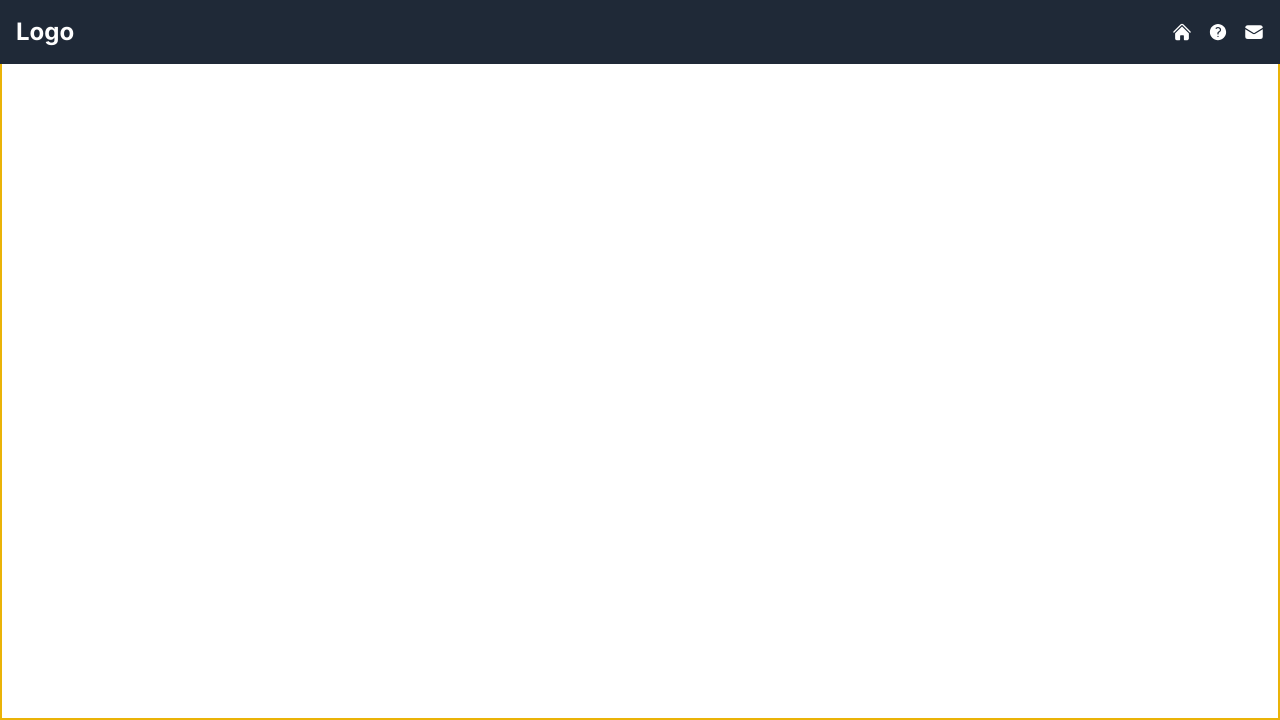
Repository: michalmilek/AI-companion-bot
Page: /
An editor plug-in stored every save of this project. The page is shown before and after the next save, followed by the edit.
The browser window is 1280 px wide. The pictures show the whole page.
The page's requests for data from a server got no answer. The project was rebuilt for these pictures with package versions that can differ from the ones it lists, and the page was loaded fresh each time. Some packages were replaced by stand-ins written for this rebuild. The framework's server and built-in components were replaced by stand-ins that run in the browser. No one was signed in, and anything a server would have sent is missing. Also part of the build but not shown: next.config.js.

Above is the page before, as saved 2023-10-10 13:49:08.

### app/layout.tsx
import { ClerkProvider } from "@clerk/nextjs";
import "./globals.css";
import type { Metadata } from "next";
import { Inter } from "next/font/google";

const inter = Inter({ subsets: ["latin"] });

export const metadata: Metadata = {
  title: "Create Next App",
  description: "Generated by create next app",
};

export default function RootLayout({
  children,
}: {
  children: React.ReactNode;
}) {
  return (
    <ClerkProvider>
      <html lang="en">
        <body className={inter.className}>{children}</body>
      </html>
    </ClerkProvider>
  );
}

### app/(root)/layout.tsx
import Navbar from "@/components/Navbar";
import React from "react";

const RootLayout = ({ children }: { children: React.ReactNode }) => {
  return (
    <div className="h-screen">
      <Navbar />
      <main className="md:pl-20 pt-16 h-full border-yellow-500 border-2">
        {children}
      </main>
    </div>
  );
};

export default RootLayout;

### app/(root)/(routes)/page.tsx
import { UserButton } from "@clerk/nextjs";
import React from "react";

const RootPage = () => {
  return (
    <div>
      <UserButton afterSignOutUrl="/" />
    </div>
  );
};

export default RootPage;

### app/globals.css
@tailwind base;
@tailwind components;
@tailwind utilities;

@layer base {
  :root {
    --background: 0 0% 100%;
    --foreground: 0 0% 3.9%;

    --card: 0 0% 100%;
    --card-foreground: 0 0% 3.9%;

    --popover: 0 0% 100%;
    --popover-foreground: 0 0% 3.9%;

    --primary: 0 0% 9%;
    --primary-foreground: 0 0% 98%;

    --secondary: 0 0% 96.1%;
    --secondary-foreground: 0 0% 9%;

    --muted: 0 0% 96.1%;
    --muted-foreground: 0 0% 45.1%;

    --accent: 0 0% 96.1%;
    --accent-foreground: 0 0% 9%;

    --destructive: 0 84.2% 60.2%;
    --destructive-foreground: 0 0% 98%;

    --border: 0 0% 89.8%;
    --input: 0 0% 89.8%;
    --ring: 0 0% 3.9%;

    --radius: 0.5rem;
  }

  .dark {
    --background: 0 0% 3.9%;
    --foreground: 0 0% 98%;

    --card: 0 0% 3.9%;
    --card-foreground: 0 0% 98%;

    --popover: 0 0% 3.9%;
    --popover-foreground: 0 0% 98%;

    --primary: 0 0% 98%;
    --primary-foreground: 0 0% 9%;

    --secondary: 0 0% 14.9%;
    --secondary-foreground: 0 0% 98%;

    --muted: 0 0% 14.9%;
    --muted-foreground: 0 0% 63.9%;

    --accent: 0 0% 14.9%;
    --accent-foreground: 0 0% 98%;

    --destructive: 0 62.8% 30.6%;
    --destructive-foreground: 0 0% 98%;

    --border: 0 0% 14.9%;
    --input: 0 0% 14.9%;
    --ring: 0 0% 83.1%;
  }
}

@layer base {
  * {
    @apply border-border;
  }
  body {
    @apply bg-background text-foreground;
  }
}

*{
  box-sizing: border-box;
  padding: 0;
  margin: 0;
}

### components/Navbar.tsx
"use client";

import React, { useEffect, useState } from "react";
import {
  HomeIcon,
  QuestionMarkCircleIcon,
  EnvelopeIcon,
  Bars3Icon,
  XMarkIcon,
} from "@heroicons/react/24/solid";
import { motion, AnimatePresence } from "framer-motion";
import { useMediaQuery } from "react-responsive";

const Navbar = () => {
  const [isMenuOpen, setIsMenuOpen] = useState(false);
  const isDesktopOrLaptop = useMediaQuery({
    query: "(min-width: 1024px)",
  });

  const toggleMenu = () => {
    setIsMenuOpen(!isMenuOpen);
  };

  useEffect(() => {
    if (isDesktopOrLaptop) {
      setIsMenuOpen(false);
    }
  }, [isDesktopOrLaptop]);

  return (
    <nav className="bg-gray-800 text-white h-16 flex justify-between items-center px-4 fixed top-0 left-0 right-0 z-50">
      <a
        href="#"
        className="text-2xl font-bold">
        Logo
      </a>
      <div className="flex items-center">
        <button
          className="lg:hidden text-white focus:outline-none"
          onClick={toggleMenu}>
          {isMenuOpen ? (
            <XMarkIcon className="h-6 w-6" />
          ) : (
            <Bars3Icon className="h-6 w-6" />
          )}
        </button>
        <AnimatePresence>
          {isMenuOpen && (
            <motion.ul
              initial={{ opacity: 0, y: -20 }}
              animate={{ opacity: 1, y: 0 }}
              exit={{ opacity: 0, y: -20 }}
              className="lg:flex space-y-4 absolute top-16 left-0 right-0 bg-gray-800 z-50 py-2 px-4">
              <li>
                <a
                  href="#"
                  className="hover:text-gray-300 flex items-center gap-3">
                  <HomeIcon className="h-5 w-5" />
                  <span className="ml-2">Home</span>
                </a>
              </li>
              <li>
                <a
                  href="#"
                  className="hover:text-gray-300 flex items-center gap-3">
                  <QuestionMarkCircleIcon className="h-5 w-5" />
                  <span className="ml-2">About</span>
                </a>
              </li>
              <li>
                <a
                  href="#"
                  className="hover:text-gray-300 flex items-center gap-3">
                  <EnvelopeIcon className="h-5 w-5" />
                  <span className="ml-2">Contact</span>
                </a>
              </li>
            </motion.ul>
          )}
        </AnimatePresence>
        <ul className="hidden lg:flex space-x-4">
          <li>
            <a
              href="#"
              className="hover:text-gray-300">
              <HomeIcon className="h-5 w-5" />
            </a>
          </li>
          <li>
            <a
              href="#"
              className="hover:text-gray-300">
              <QuestionMarkCircleIcon className="h-5 w-5" />
            </a>
          </li>
          <li>
            <a
              href="#"
              className="hover:text-gray-300">
              <EnvelopeIcon className="h-5 w-5" />
            </a>
          </li>
        </ul>
      </div>
    </nav>
  );
};

export default Navbar;

Loaded but not shown: tailwind.config.js (common file)

After the next save:
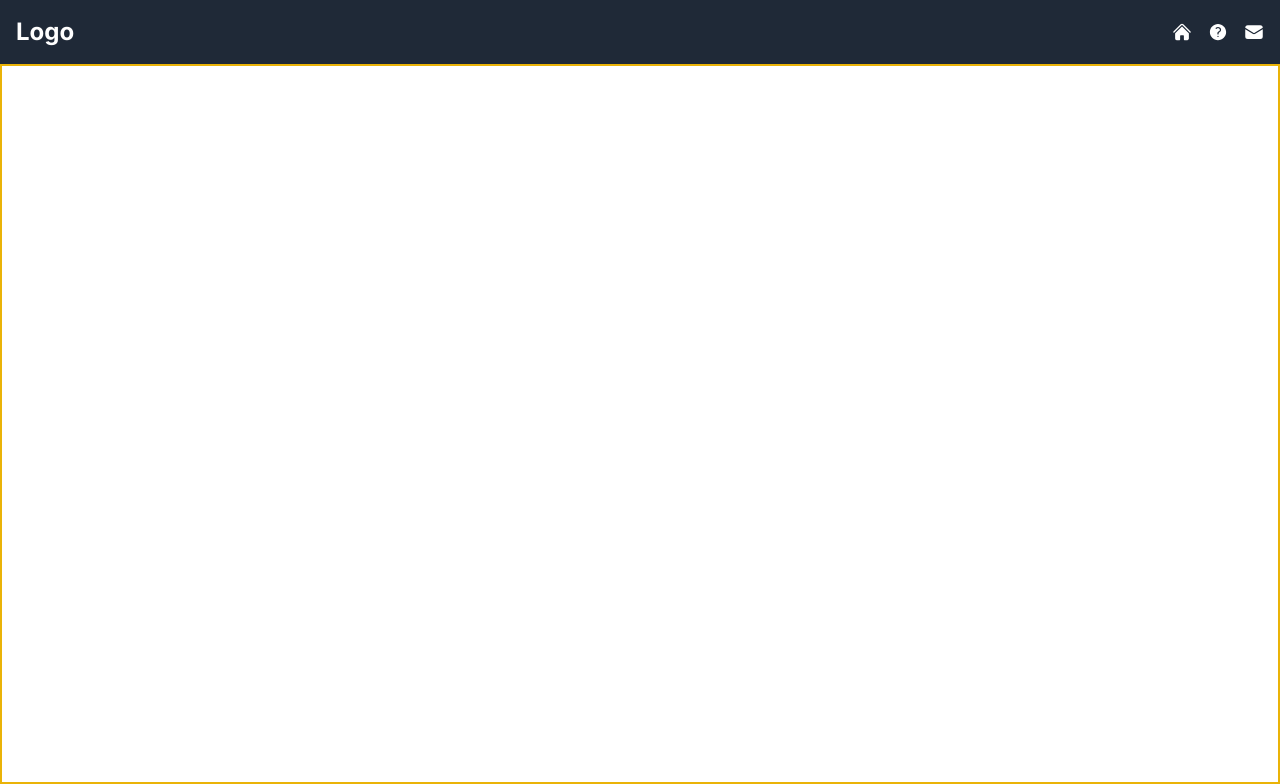
Saved 12 s later.
--- a/app/(root)/layout.tsx
+++ b/app/(root)/layout.tsx
@@ -5,7 +5,7 @@ const RootLayout = ({ children }: { children: React.ReactNode }) => {
   return (
     <div className="h-screen">
       <Navbar />
-      <main className="md:pl-20 pt-16 h-full border-yellow-500 border-2">
+      <main className="md:pl-20 mt-16 h-full border-yellow-500 border-2">
         {children}
       </main>
     </div>
